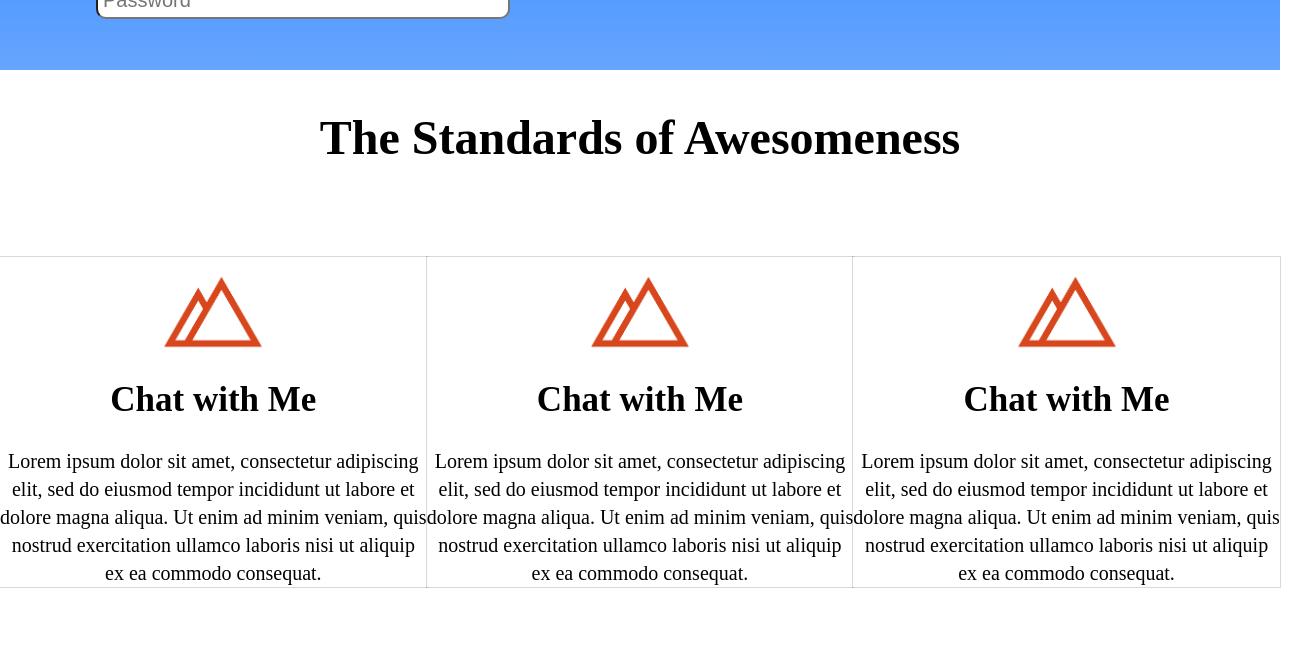
Repository: jesar-enl/My-CSS-Website
Page: index.html
These files come from the project's save history. The page is drawn as it stood at one moment and after the next save; the edit follows.
The browser window is 1280 px wide. The page is 1296 px wide, so the pictures cover 1296 px, including what lies to the right of the window. The pictures show the part of the page from y = 430 to 1088 px (the page is 1088 px tall).

Above is the page before, as saved 2022-07-27 13:04:20.

### index.html
<!DOCTYPE html>
<html lang="en">
  <head>
    <meta charset="UTF-8" />
    <meta http-equiv="X-UA-Compatible" content="IE=edge" />
    <meta name="viewport" content="width=device-width, initial-scale=1.0" />
    <title>My CSS website</title>
    <link rel="stylesheet" href="style.css" />
  </head>
  <body>
    <nav>
      <ul class="topnav" id="dropdownClick">
        <li><a href="#home">Home</a></li>
        <li><a href="#contact">Contact</a></li>
        <li><a href="#news">News</a></li>
        <li><a href="#about">About</a></li>
        <li class="topnav-right"><a href="#signup">SignUp</a></li>
        <li class="topnav-right"><a href="#login">LogIn</a></li>

        <!--
          This unicode is called 'Trigram for Heaven'.
          It can be used to hide the menu when we shrink the screen to a mobile sized.

          Thousands of unicode characters can be accessed from the unicode table 'https://unicode-table.com/en/'
        -->

        <li class="dropdown">
          <!--
            Having the href like this is to inform the browser
            that perform this link as a javascript command,
            heading to nowhere. Stay around this page.
          -->

          <a href="javascript:void(0);" onclick="handleClick()">&#9776;</a>
        </li>
      </ul>
    </nav>

    <div class="container" id="section-1-gradient">
      <div class="row">
        <div class="col-6">
          <div class="leftSideCol">
            <h1 class="large">Crazy Radness</h1>
            <h1 class="large">Made for Developers</h1>
          </div>
          <form action="">
            <div class="leftSideCol">
              <h2>Username</h2>
              <input
                type="text"
                class="inputbox"
                placeholder="Username"
                name="username"
              />
              <h2>Password</h2>
              <input type="password" name="password" placeholder="Password" />
            </div>
          </form>
        </div>
        <div class="col-6">
          <div class="rightSideCol videoContainer">
            <iframe
              width="560"
              height="315"
              src="https://www.youtube.com/embed/ZxKM3DCV2kE"
              title="YouTube video player"
              frameborder="0"
              allow="accelerometer; autoplay; clipboard-write; encrypted-media; gyroscope; picture-in-picture"
              allowfullscreen
            ></iframe>
          </div>
        </div>
      </div>
    </div>

    <header>
      <h1 class="section-2-header">The Standards of Awesomeness</h1>
    </header>

    <div class="container">
      <div class="row">
        <div class="col-4">
          <div class="box">
            <div class="icon">
              <img class="dev" src="devslopes.png" alt="dev icon" />
            </div>
            <label for="">Chat with Me</label>
            <p>
              Lorem ipsum dolor sit amet, consectetur adipiscing elit, sed do
              eiusmod tempor incididunt ut labore et dolore magna aliqua. Ut
              enim ad minim veniam, quis nostrud exercitation ullamco laboris
              nisi ut aliquip ex ea commodo consequat.
            </p>
          </div>
        </div>
        <div class="col-4">
          <div class="box">
            <div class="icon">
              <img class="dev" src="devslopes.png" alt="dev icon" />
            </div>
            <label for="">Chat with Me</label>
            <p>
              Lorem ipsum dolor sit amet, consectetur adipiscing elit, sed do
              eiusmod tempor incididunt ut labore et dolore magna aliqua. Ut
              enim ad minim veniam, quis nostrud exercitation ullamco laboris
              nisi ut aliquip ex ea commodo consequat.
            </p>
          </div>
        </div>
        <div class="col-4">
          <div class="box">
            <div class="icon">
              <img class="dev" src="devslopes.png" alt="dev icon" />
            </div>
            <label for="">Chat with Me</label>
            <p>
              Lorem ipsum dolor sit amet, consectetur adipiscing elit, sed do
              eiusmod tempor incididunt ut labore et dolore magna aliqua. Ut
              enim ad minim veniam, quis nostrud exercitation ullamco laboris
              nisi ut aliquip ex ea commodo consequat.
            </p>
          </div>
        </div>
      </div>
    </div>
    <script src="index.js"></script>
  </body>
</html>

### style.css
/* ########## Defaults ########### */

nav,
header,
footer {
  display: block;
}

body {
  line-height: 1.5;
  margin: 0;
}

label {
  font-size: 35px;
  font-weight: 800;
}

p {
  font-size: 20px;
  line-height: 1.4;
}

.container {
  width: 100%;
  margin: auto;
  padding-top: 4%;
  padding-bottom: 4%;
}

.row {
  width: 100%;
  display: flex;
  flex-wrap: wrap;
  align-items: center;
}

.row::after {
  display: table;
  clear: both;
  content: '';
}

.col-1 {
  width: 8.33%;
}
.col-2 {
  width: 16.66%;
}
.col-3 {
  width: 25%;
}
.col-4 {
  width: 33.33%;
}
.col-5 {
  width: 41.66%;
}
.col-6 {
  width: 50%;
}
.col-7 {
  width: 58.33%;
}
.col-8 {
  width: 66.66%;
}
.col-9 {
  width: 75%;
}
.col-10 {
  width: 83.33%;
}
.col-11 {
  width: 91.66%;
}
.col-12 {
  width: 100%;
}

/* ######### Navigation Bar ######## */

nav {
  width: 100%;
  margin: 0;
}

nav ul {
  background-color: #eee;
  overflow: hidden;
  margin: 0;
  padding: 0;
}
/* the list-style removes the bullet points from the list items */
ul.topnav li {
  list-style: none;
  float: left;
}

ul.topnav li.topnav-right {
  float: right;
}

ul.topnav li a {
  display: block;
  text-decoration: none;
  min-height: 1.5rem;
  text-align: center;
  padding: 14px;
  text-transform: uppercase;
  color: #665;
}

ul.topnav li a:hover {
  background-color: #7ab6f3;
  color: #fff;
}

.dropdown {
  display: none;
}

/* #################### Custom styles ################## */

#section-1-gradient {
  background: #076dff;
  background: -webkit-gradient(#076dff, #65a5ff);
  background: -o-linear-gradient(#076dff, #65a5ff);
  background: -moz-linear-gradient(#076dff, #65a5ff);
  background: linear-gradient(#076dff, #65a5ff);
}

.box {
  text-align: center;
  margin: auto;
  background-color: #fff;
  /*
    The "box-shadow" syntax is as follows:

    box-shadow: horizontal-length vertical-length blur-radius spread-radius rgba(r, g, b, opacity);
  */
  box-shadow: 0 0 0 1px rgba(0, 0, 0, 0.15);
}

.leftSideCol {
  margin-left: 15%;
}

.rightSideCol {
  margin-left: 15%;
}

.large {
  color: #fff;
  font-size: 2.2rem;
  margin: 0;
  line-height: 1.7;
}

.section-2-header {
  font-size: 3rem;
  text-align: center;
}

input[type='text'] {
  font-size: 20px;
  width: 400px;
  min-width: 100px;
  padding: 5px;
  border-radius: 10px;
}

form h2 {
  color: #fff;
}

input[type='password'] {
  font-size: 20px;
  width: 400px;
  padding: 5px;
  min-width: 100px;
  border-radius: 10px;
}

.icon {
  width: 100%;
}

.dev {
  width: 110px;
  height: 110px;
}

/* ############ Media Query ########### */

@media screen and (max-width: 680px) {
  /*
    This tells the browser to hide all the list
    elements of the nav bar except the first one.
  */

  ul.topnav li:not(:nth-child(1)) {
    display: none;
  }

  ul.topnav li.dropdown {
    display: block;
    float: right;
  }

  ul.topnav.responsive li.dropdown {
    position: absolute;
    top: 0;
    right: 0;
  }

  ul.topnav.responsive {
    position: relative;
  }

  /* Places the list items in a row manner. */
  ul.topnav.responsive li {
    display: inline;
    float: none;
  }

  ul.topnav.responsive li a {
    /* displays the items in a manner of stacking on top of each other. */
    display: block;
    text-align: left;
  }

  .col-6 {
    width: 100%;
    margin: 0;
  }

  .rightSideCol {
    margin-top: 5%;
  }

  .videoContainer iframe {
    position: relative;
    width: 100%;
    margin: 0;
    overflow: hidden;
  }

  leftSideCol,
  rightSideCol {
    margin: 15px;
  }

  input[type='text'] {
    width: 300px;
  }

  input[type='password'] {
    width: 300px;
  }
}

@media screen and (max-width: 890px) {
  /*
    This tells the browser to hide all the list
    elements of the nav bar except the first one.
  */

  ul.topnav li:not(:nth-child(1)) {
    display: none;
  }

  ul.topnav li.dropdown {
    display: block;
    float: right;
  }

  ul.topnav.responsive li.dropdown {
    position: absolute;
    top: 0;
    right: 0;
  }

  ul.topnav.responsive {
    position: relative;
  }

  /* Places the list items in a row manner. */
  ul.topnav.responsive li {
    display: inline;
    float: none;
  }

  ul.topnav.responsive li a {
    /* displays the items in a manner of stacking on top of each other. */
    display: block;
    text-align: left;
  }

  .col-6 {
    width: 100%;
    margin: 0;
  }

  .rightSideCol {
    margin-top: 5%;
    max-width: 300px;
  }

  .videoContainer iframe {
    position: relative;
    width: 100%;
  }
}

### index.js
function handleClick() {
  var list = document.getElementById('dropdownClick');
  if (list.className === 'topnav') {
    list.className += ' responsive';
    // change topnav to topnav.responsive
  } else {
    list.className = 'topnav';
  }
}

After the next save:
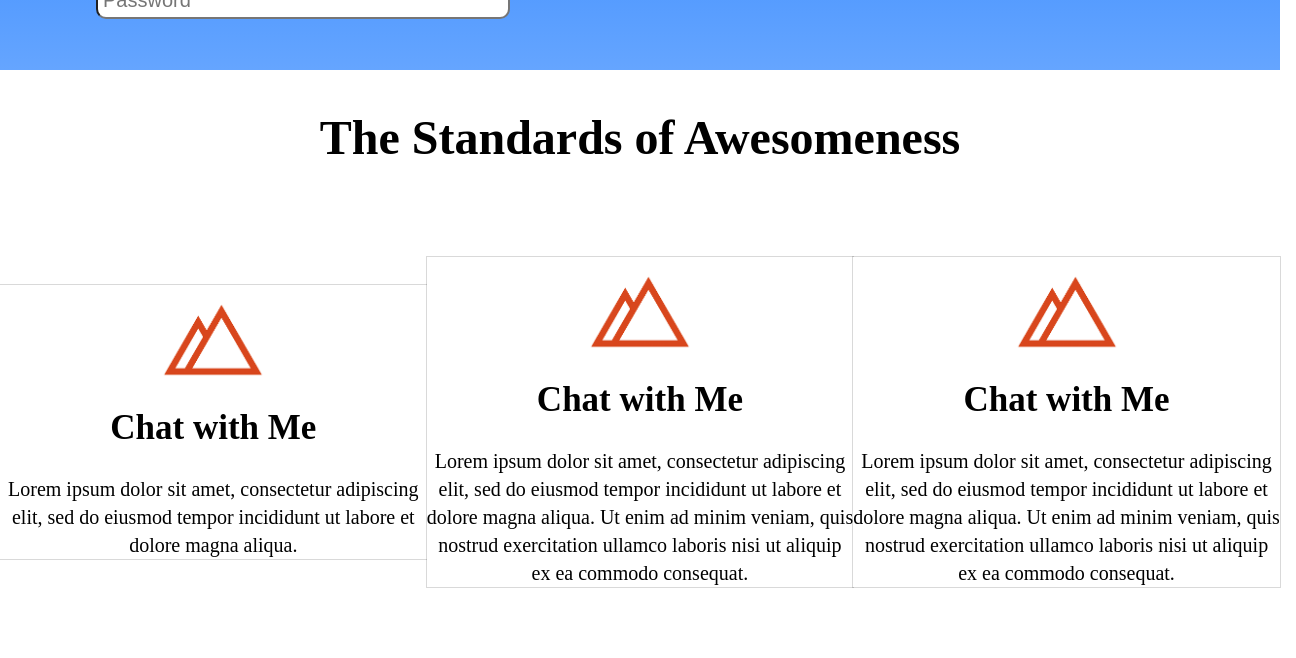
Saved 99 s later.
--- a/index.html
+++ b/index.html
@@ -87,9 +87,7 @@
             <label for="">Chat with Me</label>
             <p>
               Lorem ipsum dolor sit amet, consectetur adipiscing elit, sed do
-              eiusmod tempor incididunt ut labore et dolore magna aliqua. Ut
-              enim ad minim veniam, quis nostrud exercitation ullamco laboris
-              nisi ut aliquip ex ea commodo consequat.
+              eiusmod tempor incididunt ut labore et dolore magna aliqua.
             </p>
           </div>
         </div>
